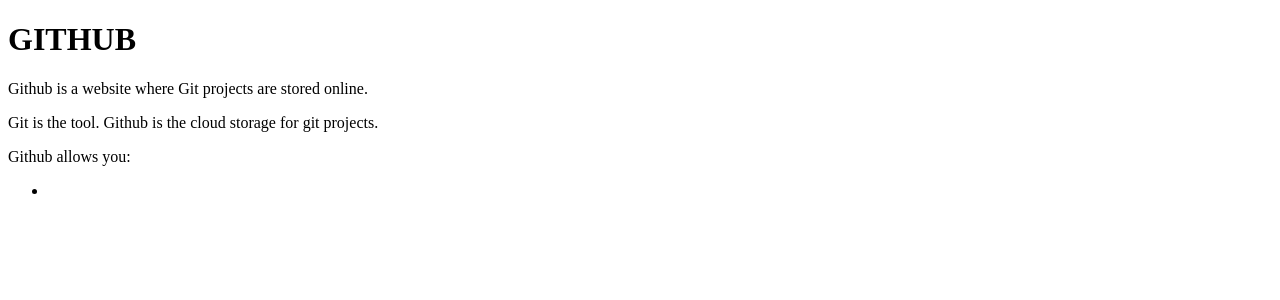
Repository: brownsonjoy1811/GitandGithub
Page: github.html
An editor plug-in stored every save of this project. The page is shown before and after a run of saves, followed by the edit.
The browser window is 1280 px wide. The pictures show the whole page.

Above is the page before, as saved 2026-06-16 10:53:13.

After the next 2 saves:
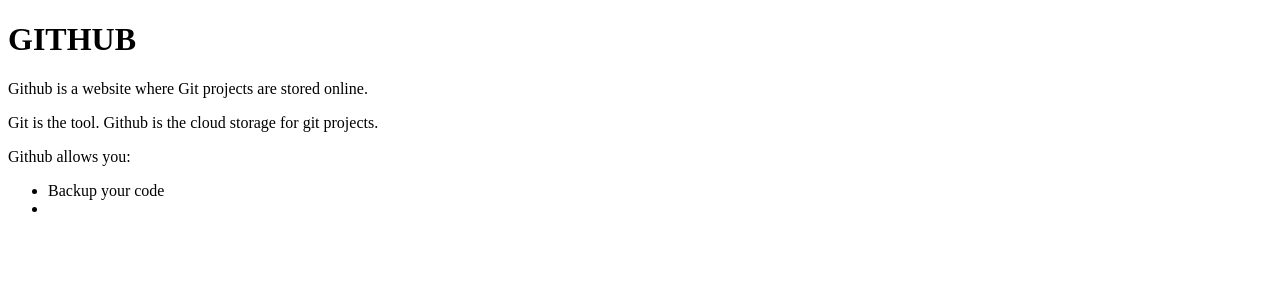
The 2 saves are shown as one change because they came seconds apart.
The last was saved 10 s later.
--- a/github.html
+++ b/github.html
@@ -13,6 +13,7 @@
 
     <p>Github allows you: </p>
     <ul>
+        <li>Backup your code</li>
         <li></li>
     </ul>
 </body>
